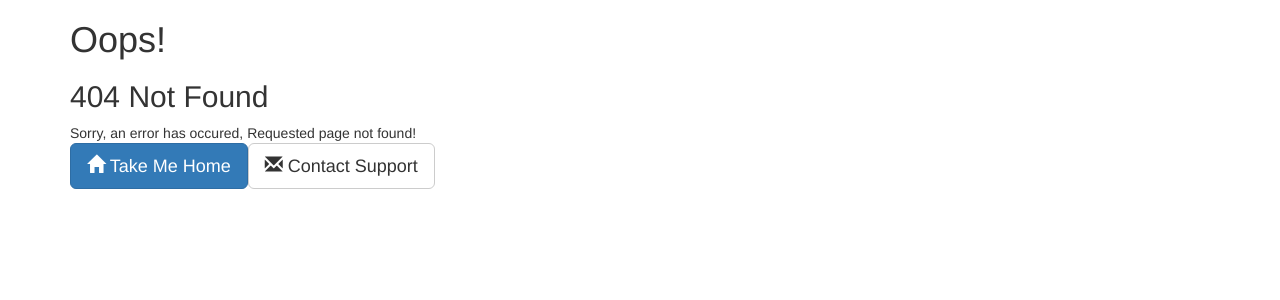
Repository: team-alpha-cdac/cdac-project-280719
Page: http://localhost/error
An editor plug-in stored every save of this project. The page is shown before and after the next save, followed by the edit.
The browser window is 1280 px wide. The pictures show the whole page.
Some web libraries are served in a nearby version. The page is this project's Thymeleaf template; nobody is signed in. The template is opened directly, without the code that normally fills it, so the values that code supplies are empty.

Above is the page before, as saved 2019-07-30 11:59:08.
Console error (its wording comes from the project's code and is left out).

### cdac-project/src/main/resources/templates/error.html
<!DOCTYPE html>
<html>
<head>
<link href="//netdna.bootstrapcdn.com/bootstrap/3.0.0/css/bootstrap.min.css" rel="stylesheet" id="bootstrap-css">
<script src="//netdna.bootstrapcdn.com/bootstrap/3.0.0/js/bootstrap.min.js"></script>
<script src="//code.jquery.com/jquery-1.11.1.min.js"></script>
</head>
<body>

<div class="container">
    <div class="row">
        <div class="col-md-12">
            <div class="error-template">
                <h1>
                    Oops!</h1>
                <h2>
                    404 Not Found</h2>
                <div class="error-details">
                    Sorry, an error has occured, Requested page not found!
                </div>
                <div class="error-actions">
                    <a href="http://www.jquery2dotnet.com" class="btn btn-primary btn-lg"><span class="glyphicon glyphicon-home"></span>
                        Take Me Home </a><a href="http://www.jquery2dotnet.com" class="btn btn-default btn-lg"><span class="glyphicon glyphicon-envelope"></span> Contact Support </a>
                </div>
            </div>
        </div>
    </div>
</div>

</body>
</html>

After the next save:
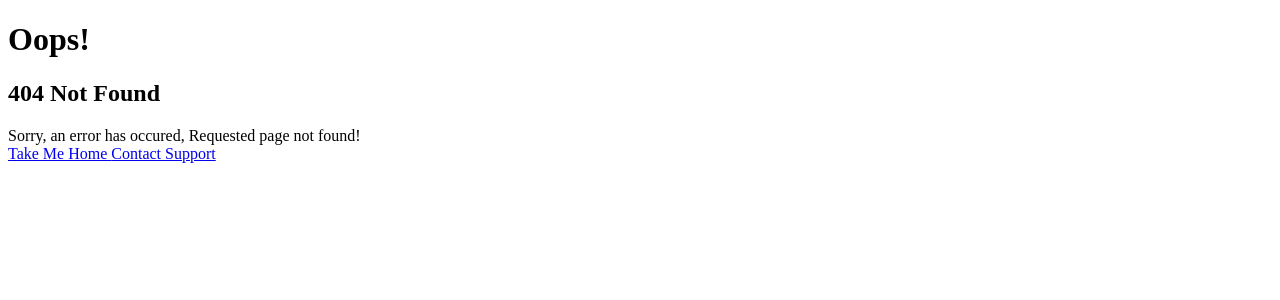
The error is gone.
Saved 2 min 47 s later.
--- a/cdac-project/src/main/resources/templates/error.html
+++ b/cdac-project/src/main/resources/templates/error.html
@@ -1,9 +1,6 @@
 <!DOCTYPE html>
 <html>
 <head>
-<link href="//netdna.bootstrapcdn.com/bootstrap/3.0.0/css/bootstrap.min.css" rel="stylesheet" id="bootstrap-css">
-<script src="//netdna.bootstrapcdn.com/bootstrap/3.0.0/js/bootstrap.min.js"></script>
-<script src="//code.jquery.com/jquery-1.11.1.min.js"></script>
 </head>
 <body>
 
